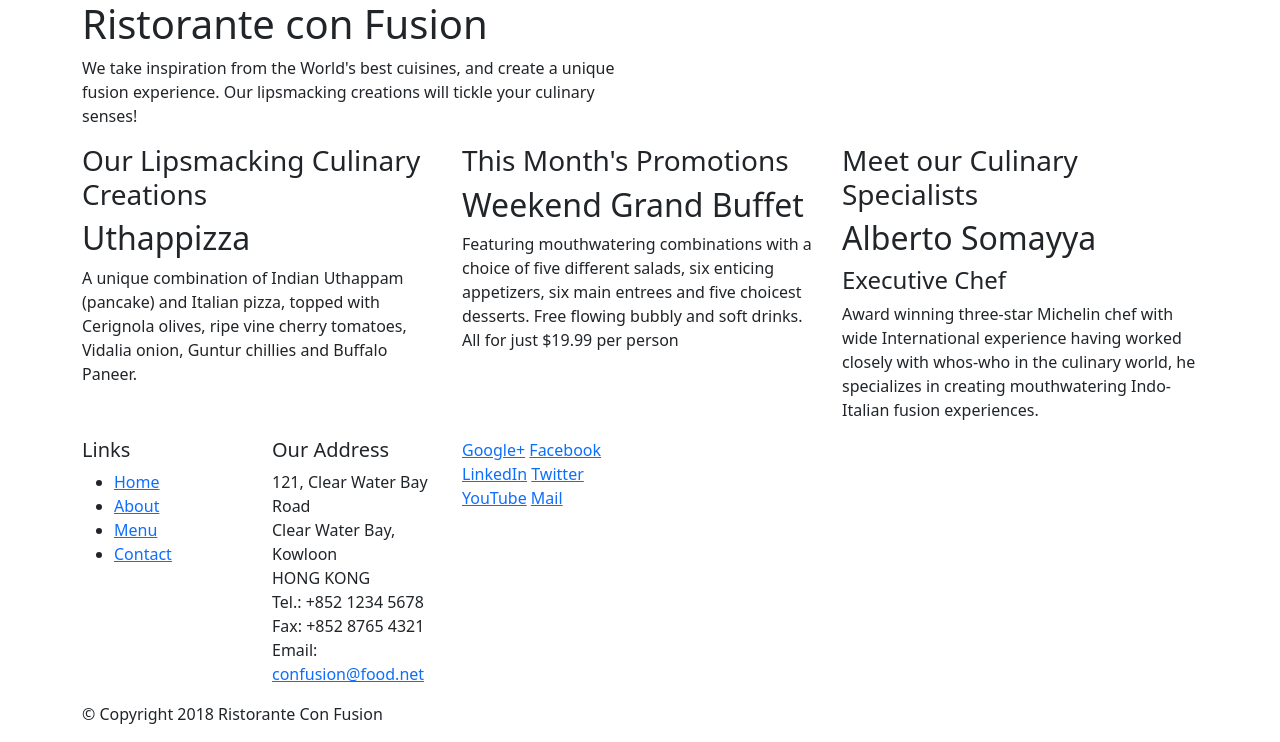
Repository: GiaBaooLe/Reactjs
Page: index.html
The author's editor kept a copy of each file at every save. The page is drawn from the files as they stood at one save, then again after the next save.
The browser window is 1280 px wide. The pictures show the whole page.
Some web libraries are served in a nearby version.

Above is the page before, as saved 2023-09-12 14:07:37.

### index.html
<!DOCTYPE html>
<html lang="en">
  <head>

    <!-- Required meta tags always come first -->
    <meta charset="utf-8" />
    <meta
      name="viewport"
      content="width=device-width, initial-scale=1, shrink-to-fit=no"
    />
    <meta http-equiv="x-ua-compatible" content="ie=edge" />
    <!-- Bootstrap CSS -->
    <link
      rel="stylesheet"
      href="node_modules/bootstrap/dist/css/bootstrap.min.css"
    />

    <title>Ristorante Con Fusio</title>
  </head>

  <body>
    <header class="jumbotron">
        <div class="container">
            <div class="row">


          <div class="col-12 col-sm-6">
            <h1>Ristorante con Fusion</h1>
            <p>
              We take inspiration from the World's best cuisines, and create a
              unique fusion experience. Our lipsmacking creations will tickle
              your culinary senses!
            </p>
          </div>
          </div>
        </div>


    </div>
    </header>

    <div class="container">
        <div class="row">
      <div class="col-12 col-sm-4 ">
        <div>
          <h3>Our Lipsmacking Culinary Creations</h3>
        </div>
        <div>
          <h2>Uthappizza</h2>
          <p>
            A unique combination of Indian Uthappam (pancake) and Italian pizza,
            topped with Cerignola olives, ripe vine cherry tomatoes, Vidalia
            onion, Guntur chillies and Buffalo Paneer.
          </p>
        </div>
      </div>


      <div class="col-12 col-sm-4 ">
        <div>
          <h3>This Month's Promotions</h3>
        </div>
        <div>
          <h2>Weekend Grand Buffet</h2>
          <p>
            Featuring mouthwatering combinations with a choice of five different
            salads, six enticing appetizers, six main entrees and five choicest
            desserts. Free flowing bubbly and soft drinks. All for just $19.99
            per person
          </p>
        </div>
      </div>

      <div class="col-12 col-sm-4 ">
        <div>
          <h3>Meet our Culinary Specialists</h3>
        </div>
        <div>
          <h2>Alberto Somayya</h2>
          <h4>Executive Chef</h4>
          <p>
            Award winning three-star Michelin chef with wide International
            experience having worked closely with whos-who in the culinary
            world, he specializes in creating mouthwatering Indo-Italian fusion
            experiences.
          </p>
        </div>
      </div>
    </div>
    </div>
</div>

    <footer>
      <div class="container">
        <div class="row">

          <div class="col-4 col-sm-2">
            <h5>Links</h5>
            <ul>
              <li><a href="#">Home</a></li>
              <li><a href="#">About</a></li>
              <li><a href="#">Menu</a></li>
              <li><a href="#">Contact</a></li>
            </ul>
          </div>
          <div class="col-4 col-sm-2">
            <h5>Our Address</h5>
            <address>
              121, Clear Water Bay Road<br />
              Clear Water Bay, Kowloon<br />
              HONG KONG<br />
              Tel.: +852 1234 5678<br />
              Fax: +852 8765 4321<br />
              Email: <a href="mailto:confusion@food.net">confusion@food.net</a>
            </address>
          </div>
          <div class="col-4 col-sm-2">
            <div>
              <a href="http://google.com/+">Google+</a>
              <a href="http://www.facebook.com/profile.php?id=">Facebook</a>
              <a href="http://www.linkedin.com/in/">LinkedIn</a>
              <a href="http://twitter.com/">Twitter</a>
              <a href="http://youtube.com/">YouTube</a>
              <a href="mailto:">Mail</a>
            </div>
          </div>
        </div>
        <div>
          <div>
            <p>© Copyright 2018 Ristorante Con Fusion</p>
          </div>
        </div>
      </div>
    </footer>
  </body>
  <script src="node_modules/jquery/dist/jquery.slim.min.js"></script>
  <script src="node_modules/popper.js/dist/umd/popper.min.js"></script>
  <script src="node_modules/bootstrap/dist/js/bootstrap.min.js"></script>
</html>

After the next save:
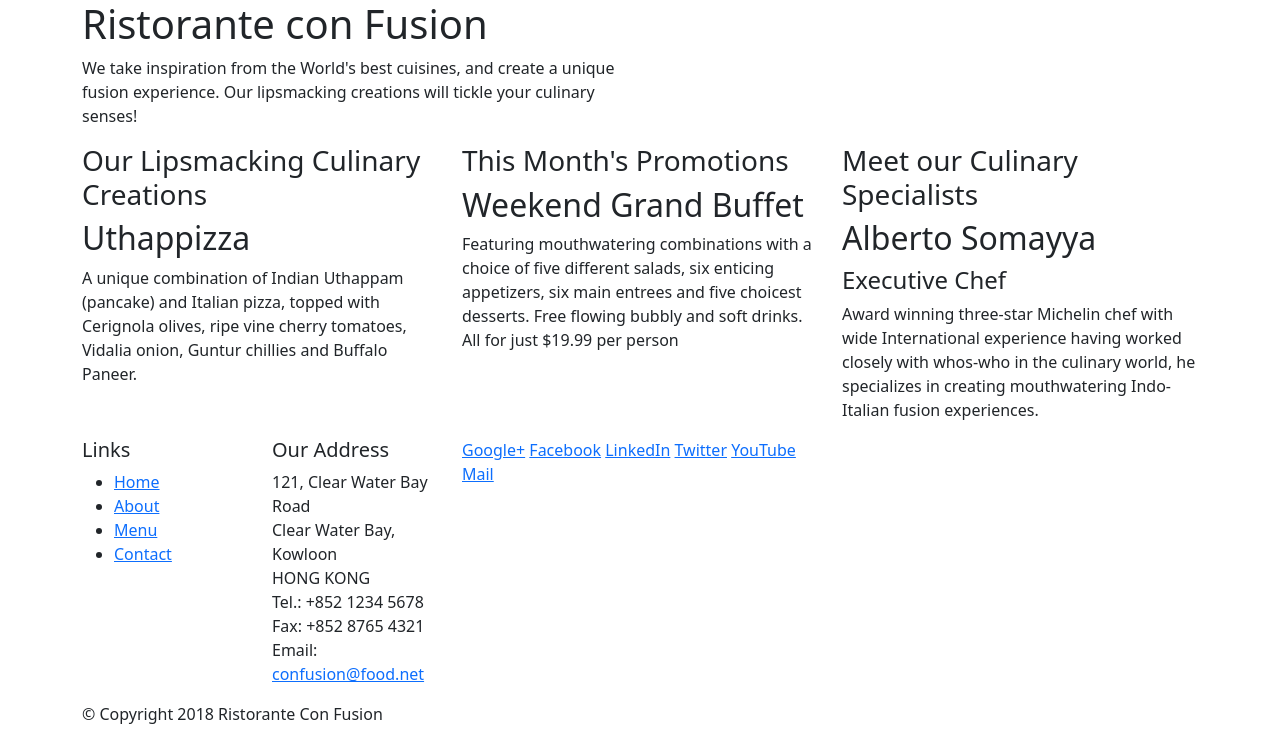
Saved 21 s later.
--- a/index.html
+++ b/index.html
@@ -114,7 +114,7 @@
               Email: <a href="mailto:confusion@food.net">confusion@food.net</a>
             </address>
           </div>
-          <div class="col-4 col-sm-2">
+          <div class="col-4 col-sm-">
             <div>
               <a href="http://google.com/+">Google+</a>
               <a href="http://www.facebook.com/profile.php?id=">Facebook</a>
